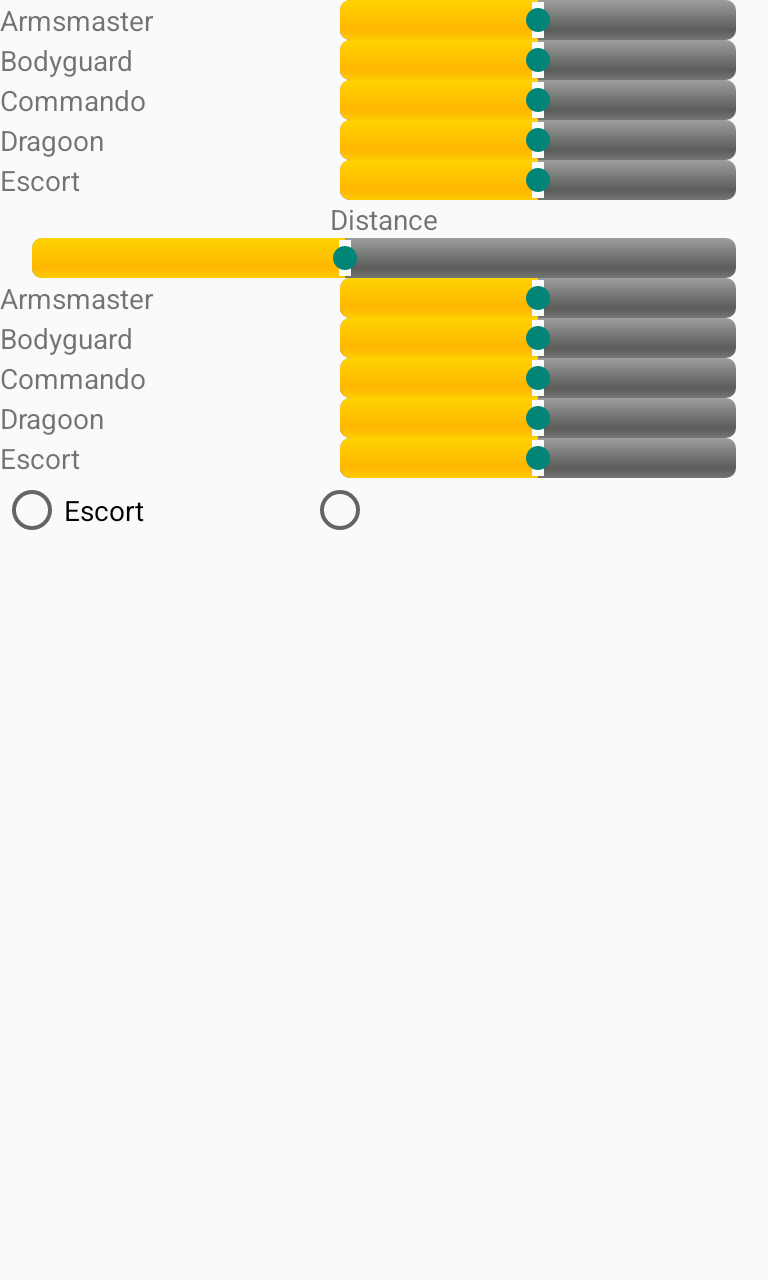
Repository: bryanpope/TARR
Layout: workspace/helloworld/res/layout/activity_hello_world.xml
These files come from the project's save history. The layout is drawn as it stood at one moment and after a run of saves; the edit follows.
It is drawn on a 768 x 1280 px phone screen (xhdpi) without system bars, with theme AppTheme; the app's code is not run.

Above is the layout before, as saved 2014-06-01 23:16:41.

After the next 4 saves:
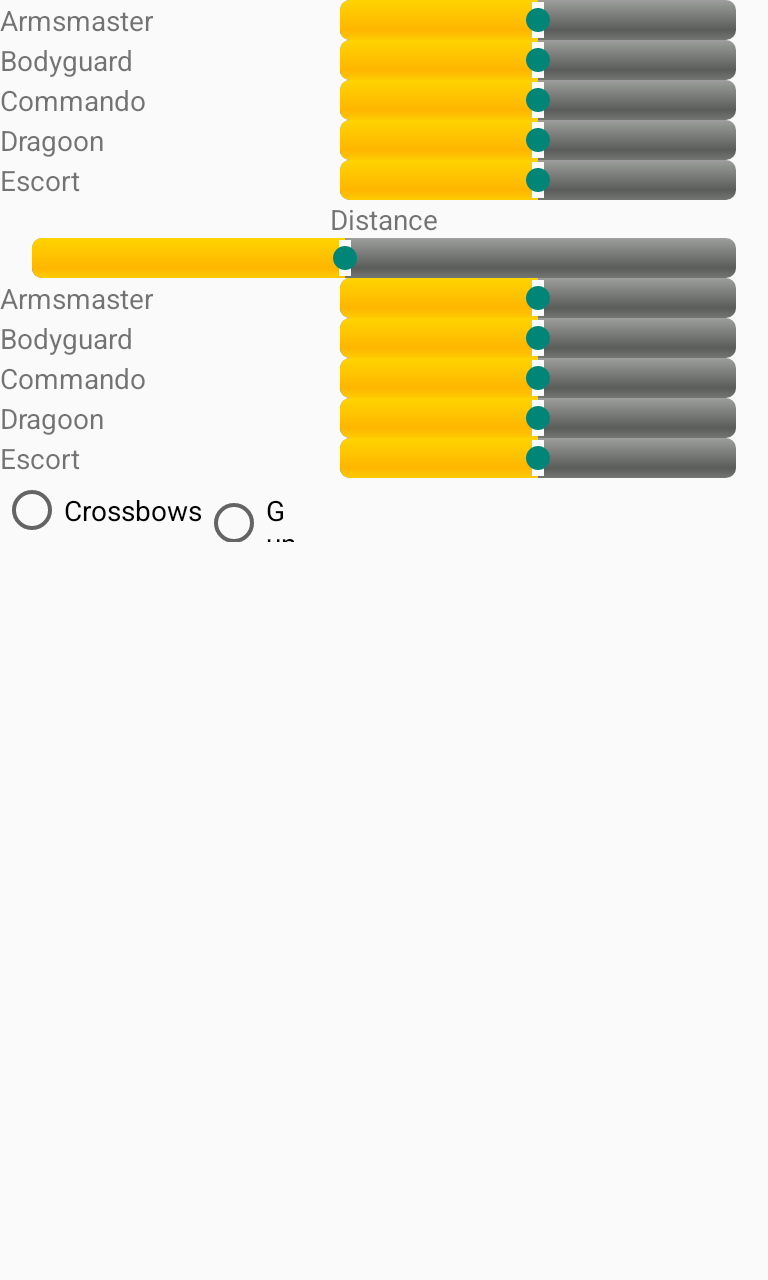
The 4 saves are shown as one change because 3 did not build or start.
The last was saved 2 min 11 s later.
--- a/workspace/helloworld/res/layout/activity_hello_world.xml
+++ b/workspace/helloworld/res/layout/activity_hello_world.xml
@@ -239,19 +239,15 @@
 
 	    <RadioButton
 	        android:id="@+id/radioCrossbows"
-	        android:layout_width="0dp"
-	        android:layout_height="wrap_content"
-	      	android:layout_gravity="center_vertical"
-	        android:layout_weight="0.90"
-	        android:text="@string/escort" />
+	        android:layout_width="wrap_content"
+	        android:layout_height="wrap_content"
+	        android:text="@string/crossbows" />
 	    <RadioButton
 	        android:id="@+id/radioGuns"
 	        style="@android:style/Widget.ProgressBar.Horizontal"
-	        android:layout_width="230dp"
-	        android:layout_height="wrap_content"
-	        android:max="50"
-	        android:progress="25"
-	        android:secondaryProgress="0" />
+	        android:layout_width="wrap_content"
+	        android:layout_height="wrap_content"
+	        android:text="@string/guns" />
 	</RadioGroup>
 
 
--- a/workspace/helloworld/res/values/strings.xml
+++ b/workspace/helloworld/res/values/strings.xml
@@ -10,5 +10,7 @@
     <string name="dragoon">Dragoon</string>
     <string name="escort">Escort</string>
     <string name="distance">Distance</string>
+    <string name="crossbows">Crossbows</string>
+    <string name="guns">Guns</string>
 
 </resources>
